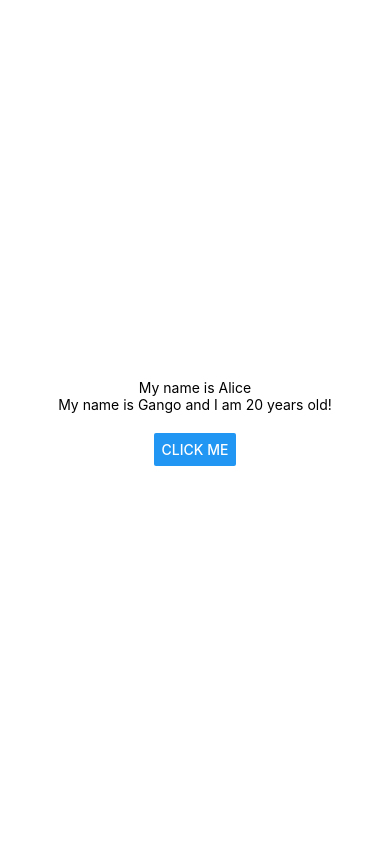
Repository: shiv0403/React-native-tutorial
Screen: /
The author's editor kept a copy of each file at every save. The screen is drawn from the files as they stood at one save, then again after the next save.
The app was drawn by React Native's web renderer in a window 390 px wide. The project was rebuilt for these pictures with package versions that can differ from the ones it lists, and the page was loaded fresh each time.

Above is the screen before, as saved 2021-02-10 16:19:44.

### App.js
import React, { useState } from "react";
import { Button, StyleSheet, Text, View } from "react-native";

export default function App() {
  const [name, SetName] = useState("Alice");
  const [details, setDetails] = useState({
    name: "Gango",
    age: "20",
  });

  const handleClick = () => {
    SetName("John");
    setDetails({
      name: "Topper",
      age: "19",
    });
  };

  return (
    <View style={styles.container}>
      <Text>My name is {name}</Text>
      <Text>
        My name is {details.name} and I am {details.age} years old!
      </Text>
      <View style={styles.button}>
        <Button title="Click Me" onPress={handleClick} />
      </View>
    </View>
  );
}

const styles = StyleSheet.create({
  container: {
    flex: 1,
    backgroundColor: "#fff",
    alignItems: "center",
    justifyContent: "center",
  },
  button: {
    marginTop: 20,
  },
});

After the next save:
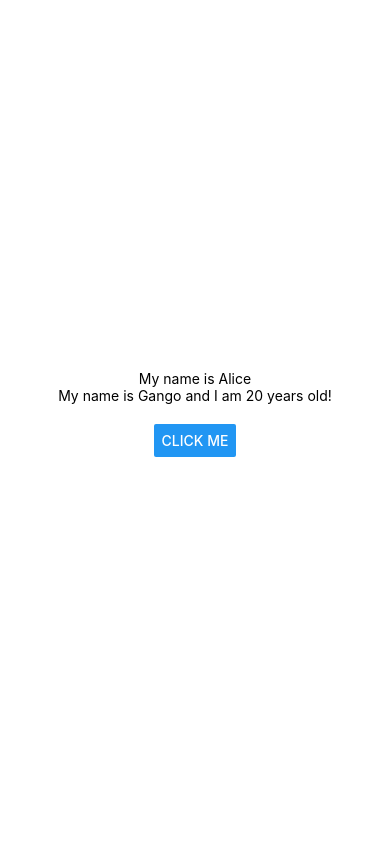
Saved 7 min 50 s later.
--- a/App.js
+++ b/App.js
@@ -1,5 +1,5 @@
 import React, { useState } from "react";
-import { Button, StyleSheet, Text, View } from "react-native";
+import { Button, StyleSheet, Text, TextInput, View } from "react-native";
 
 export default function App() {
   const [name, SetName] = useState("Alice");
@@ -25,6 +25,9 @@ export default function App() {
       <View style={styles.button}>
         <Button title="Click Me" onPress={handleClick} />
       </View>
+      <View>
+        <TextInput />
+      </View>
     </View>
   );
 }
